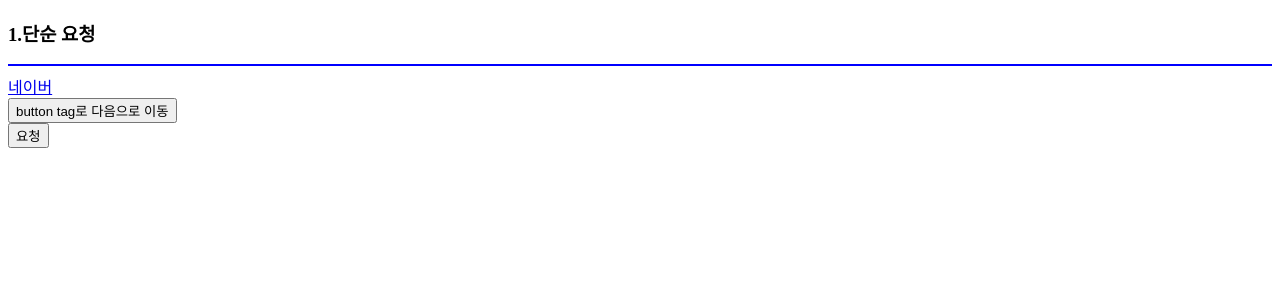
Repository: hwanginbeom/WEB
Page: step01_basic/WebContent/step01/step01_form.html
An editor plug-in stored every save of this project. The page is shown before and after the next save, followed by the edit.
The browser window is 1280 px wide. The pictures show the whole page.

Above is the page before, as saved 2018-07-17 07:55:43.

### step01_basic/WebContent/step01/step01_form.html
<!DOCTYPE html>
<html>
		<head>
			<meta charset="EUC-KR">
			<title>step01_form.html</title>
		</head>
	<body>
		<h3>1.단순 요청</h3>
		<hr color="blue">
		<!-- 버튼 , 링크 -->
		<a href="https://www.naver.com/">네이버</a>

		<br>
		<button onclick="location.href='http://www.daum.net'">button tag로 다음으로 이동</button>

		<br>
		<!-- servlet으로 요청하는 form tag에 대한 연습
		http://ip:port/step01_basic/ster01/step01_form.html
			<form action="test2"> submit
			http://ip:port/step01_basic/step01/test2

		http://ip:port/step01_basic/ster01/step01_form.html
			<form action="../test2"> submit
			http://ip:port/step01_basic/test2


		-->
		<form action="../test2" method="post">
			<input type="submit" value="요청">
		</form>

	</body>
</html>

After the next save:
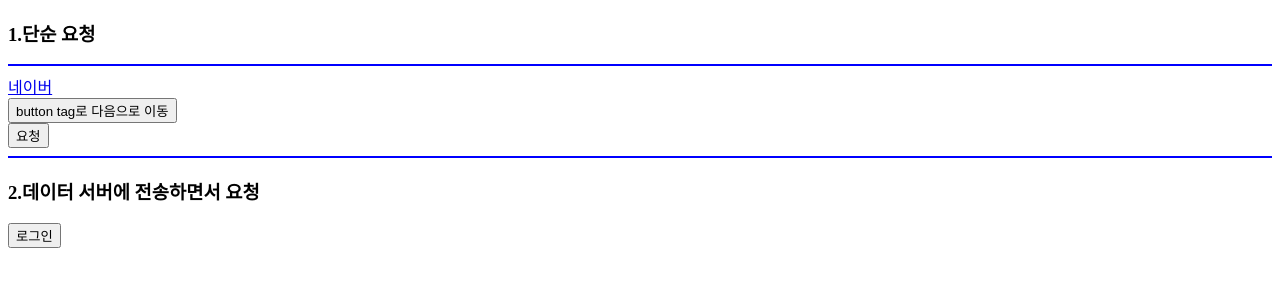
Saved 26 min 9 s later.
--- a/step01_basic/WebContent/step01/step01_form.html
+++ b/step01_basic/WebContent/step01/step01_form.html
@@ -29,5 +29,12 @@
 			<input type="submit" value="요청">
 		</form>
 
+		<hr color="blue">
+		<h3>2.데이터 서버에 전송하면서 요청 </h3>
+		<form action="../test2" method="post">
+			<input type="submit" value="로그인">
+		</form>
+
+
 	</body>
 </html>
